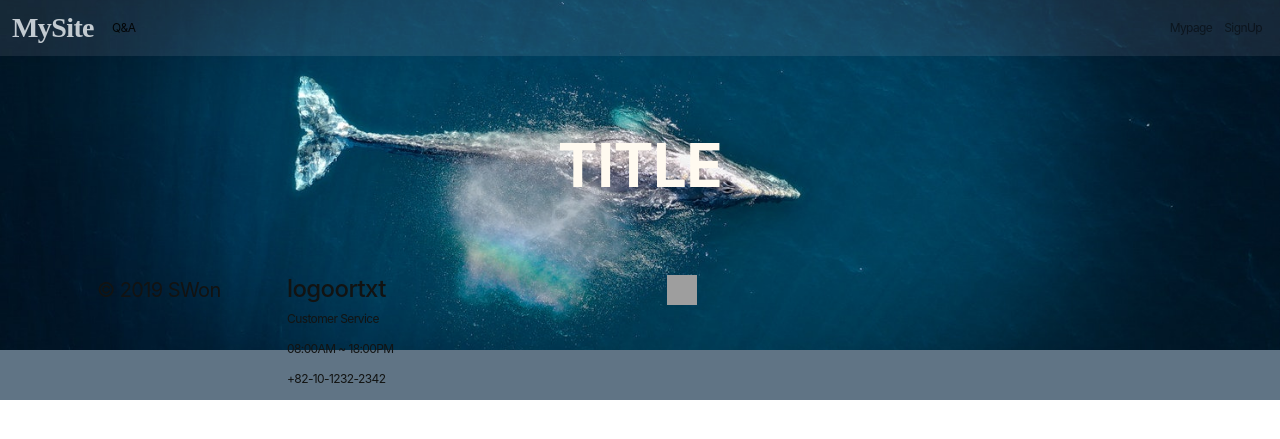
Repository: JungSWon/Project
Page: http://localhost/
The author's editor kept a record of every edit. The page is drawn from the files as they stood at one moment, then again after the next edit.
The browser window is 1280 px wide. The pictures show the whole page.
Pictures or frames that could not be fetched are drawn as grey boxes. Some web fonts or font styles are not loaded; a fallback is used. The page is served by the project's application, run on Django 2.2 (pj05/manage.py). Other server files are loaded and not shown.

Above is the page before.

### 05_detail/pj05/detail/views.py
from django.shortcuts import render

# Create your views here.
def index(request):
    return render(request,'index.html')

def qna(request):
    return render(request,'qna.html')


def mypage(request):
    return render(request,'mypage.html')


def signup(request):
    return render(request,'signup.html')

def notfound(request,noturl):
    return render(request,'notfound.html',{'noturl':noturl})

### 05_detail/pj05/detail/templates/index.html
{% extends 'base.html' %}

{% block title %}
프로젝트공오다시디테일
{% endblock %}


{% block body %}
<section id='cover'>
    <div class="container">
        <div class="col">
            <h2 class="cover-title">
                TITLE
            </h2>
        </div>
    </div>
</section>

<footer id="footer" >
    <div class="container">
        <div class="row">
            <div class="col-2">
                <p class="footer-copy">&copy; 2019 SWon</p>
            </div>
            <div class="col-4">
                <h2 class='footer-brand'>logoortxt</h2>
                <p class="footer-text">Customer Service</p>
                <p class="footer-text">08:00AM ~ 18:00PM</p>
                <p class="footer-text">+82-10-1232-2342</p>
            </div>

            <div class="col-2" >
                <a href="#" class="top"><img src="../02.web/assets/Arrows-Right-Arrow-icon.png" alt=""></a>
            </div>
        </div>
    </div>
</footer>

{% endblock %}

### 05_detail/pj05/detail/templates/base.html
{% load static %}
<!DOCTYPE html>
<html lang="ko">
    <head>
        <meta charset="UTF-8">
        <meta name="viewport" content="width=device-width, initial-scale=1.0">
        <meta http-equiv="X-UA-Compatible" content="ie=edge">
        <link rel="stylesheet" href="https://stackpath.bootstrapcdn.com/bootstrap/4.3.1/css/bootstrap.min.css" integrity="sha384-ggOyR0iXCbMQv3Xipma34MD+dH/1fQ784/j6cY/iJTQUOhcWr7x9JvoRxT2MZw1T" crossorigin="anonymous">
        <link rel='stylesheet' href="{% static 'css/style.css' %}">
        <!--/pj05/detail/static/css/style.css-->
        <link href="https://fonts.googleapis.com/css?family=Baloo+Thambi|Noto+Sans+KR:400,700,900|Work+Sans:400,700,900" rel="stylesheet">
        <!--<link rel ='icon' type='image/png' sizes="96x96" href="{% static 'assets/icons8-finn-96.png' %}">-->
        <title>{% block title %}{% endblock %}</title>
    </head>

<body>
        <nav class="navbar col-12 navbar-expand-sm navbar-light bg-fad sticky-top">
        <a class="navbar-brand" href="#"> MySite </a>
        <button class="navbar-toggler" type="button" data-toggle="collapse" data-target="#navbarNav" aria-controls="navbarNav" aria-expanded="false" aria-label="Toggle navigation">
            <span class="navbar-toggler-icon"></span>
        </button>
        <div class="navbar-nav">
            <li class="nav-item active" id="navbarNav">
                <a class="nav-link" href="/qna">Q&A <span class="sr-only">(current)</span></a>
            </li>
        </div>
        <div class="collapse navbar-collapse" id="navbarNav">
            <ul class="navbar-nav">
                <li class="nav-item">
                    <a class="nav-link" href="/mypage">Mypage</a>
                </li>
                <li class="nav-item">
                    <a class="nav-link" href="/signup">SignUp</a>
                </li>
            </ul>
        </div>
        </nav>

        <script src="https://code.jquery.com/jquery-3.3.1.slim.min.js" integrity="sha384-q8i/X+965DzO0rT7abK41JStQIAqVgRVzpbzo5smXKp4YfRvH+8abtTE1Pi6jizo" crossorigin="anonymous"></script>
        <script src="https://cdnjs.cloudflare.com/ajax/libs/popper.js/1.14.7/umd/popper.min.js" integrity="sha384-UO2eT0CpHqdSJQ6hJty5KVphtPhzWj9WO1clHTMGa3JDZwrnQq4sF86dIHNDz0W1" crossorigin="anonymous"></script>
        <script src="https://stackpath.bootstrapcdn.com/bootstrap/4.3.1/js/bootstrap.min.js" integrity="sha384-JjSmVgyd0p3pXB1rRibZUAYoIIy6OrQ6VrjIEaFf/nJGzIxFDsf4x0xIM+B07jRM" crossorigin="anonymous"></script>
    {% block body %}
    {% endblock %}
</body>
</html>

### 05_detail/pj05/pj05_detail/urls.py
"""pj05_detail URL Configuration

The `urlpatterns` list routes URLs to views. For more information please see:
    https://docs.djangoproject.com/en/2.1/topics/http/urls/
Examples:
Function views
    1. Add an import:  from my_app import views
    2. Add a URL to urlpatterns:  path('', views.home, name='home')
Class-based views
    1. Add an import:  from other_app.views import Home
    2. Add a URL to urlpatterns:  path('', Home.as_view(), name='home')
Including another URLconf
    1. Import the include() function: from django.urls import include, path
    2. Add a URL to urlpatterns:  path('blog/', include('blog.urls'))
"""
from django.contrib import admin
from django.urls import path
from detail import views

urlpatterns = [
    path('admin/', admin.site.urls),
    path('', views.index),
    path('mypage', views.mypage),
    path('notfound', views.notfound),
    path('qna', views.qna),
    path('signup', views.signup),
]

### 05_detail/pj05/detail/static/css/style.css
html{
    font-size: 12px;
    font-family: 'Work Sans', sans-serif;
    font-family: 'Noto Sans KR', sans-serif;
    letter-spacing: -0.05em;
}


.navbar {
    padding-top: 10px;
    padding-bottom: 10px;
    background-color: rgba(210, 208, 222, 0.1);
    position: absolute;
}



    /* 아이템 좌측이동 */
.collapse.navbar-collapse {
    justify-content: flex-end;
}

#navbarNav {
    color: #c3cbd1;
}


    /* 네브바 좌측 대표이름, 로고 */
.navbar-light .navbar-brand {
    font-family: 'Baloo Thambi', cursive;
    font-size: 28px;
    line-height: 1;
    font-weight: 700;
    color: #c3cbd1;
}




/*index*/


#cover{
    display: flex;
    justify-content: flex-start;
    align-items: center;
    height: 350px;
    background-size: cover;
    background-position: center center;
    color: floralwhite;
    background-image: url('/static/assets/cover.jpg');
}

.cover-title{
    font-size: 60px;
    line-height: 1.15;
    font-weight: 700;
    margin-bottom: 20px;
    display: flex;
    justify-content: center;
}




#footer{
    padding: 0 1rem 0 3rem;
    height: 50px;
    background-color: #607485;
    color: #121312;
    display: flex;
    align-items: flex-end;
}


.footer-copy{
    letter-spacing: -0.04;
    display: flex;
    align-items: flex-end;
    font-size: 20px;
}



a.top{
    line-height: 2rem;
    margin-bottom: 10px;
}

a.top img{
    width: 30px;
    height: 30px;
    position: relative;
}



.page-body{
    margin: 100px 30px;
}


/*signup*/
.signup-t{
    margin:30px 0;
}





/*Q&A*/
.qnatitle{
    margin:30px 0;
    display: flex;
    justify-content: center;
}





/*mypage*/

.mypage-body{
    margin: 100px 200px;
}

.image-cropper {
    width: 184px;
    height: 184px;
    position: relative;
    overflow: hidden;
    border-radius: 50%;
    margin-left: 5px;
}

.card-img-top round {
    margin: auto 0;
    height: auto;
    width: 100%;
}


/*notfound*/

#notfound-cover{
    background-color: #FBE725;
    color: #181818;

}

After the next edit:
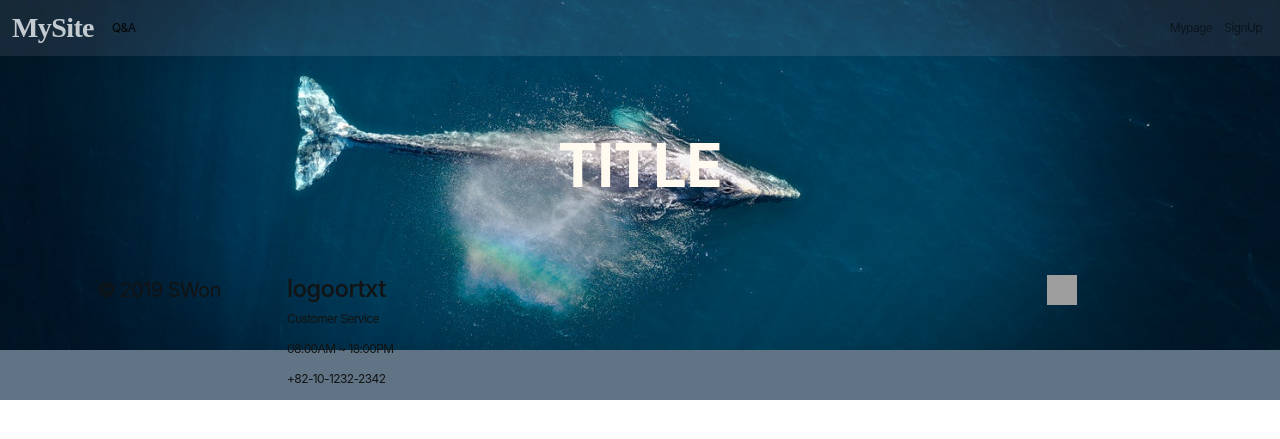
The edit:
--- a/05_detail/pj05/detail/templates/index.html
+++ b/05_detail/pj05/detail/templates/index.html
@@ -22,7 +22,7 @@
             <div class="col-2">
                 <p class="footer-copy">&copy; 2019 SWon</p>
             </div>
-            <div class="col-4">
+            <div class="col-8">
                 <h2 class='footer-brand'>logoortxt</h2>
                 <p class="footer-text">Customer Service</p>
                 <p class="footer-text">08:00AM ~ 18:00PM</p>
